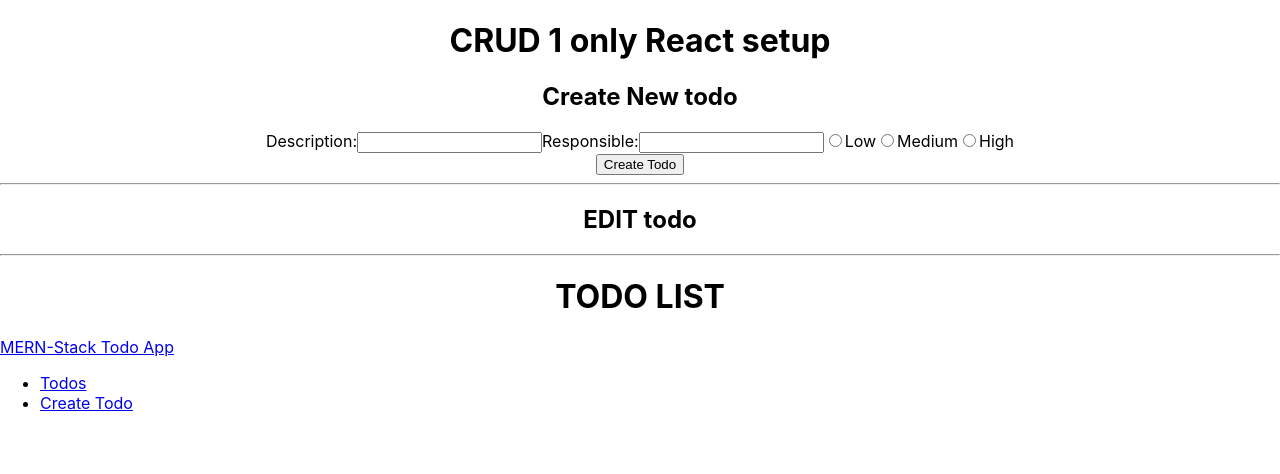
Repository: tweneboah/mern-complete-guide
Page: / (app in v5-mern-crud/client/)
An editor plug-in stored every save of this project. The page is shown before and after a run of saves, followed by the edit.
The browser window is 1280 px wide. The pictures show the whole page.
The page's requests for data from a server got no answer. The project was rebuilt for these pictures with package versions that can differ from the ones it lists, and the page was loaded fresh each time. No one was signed in, and anything a server would have sent is missing.

Above is the page before, as saved 2019-09-12 22:01:29.

After the next 2 saves:
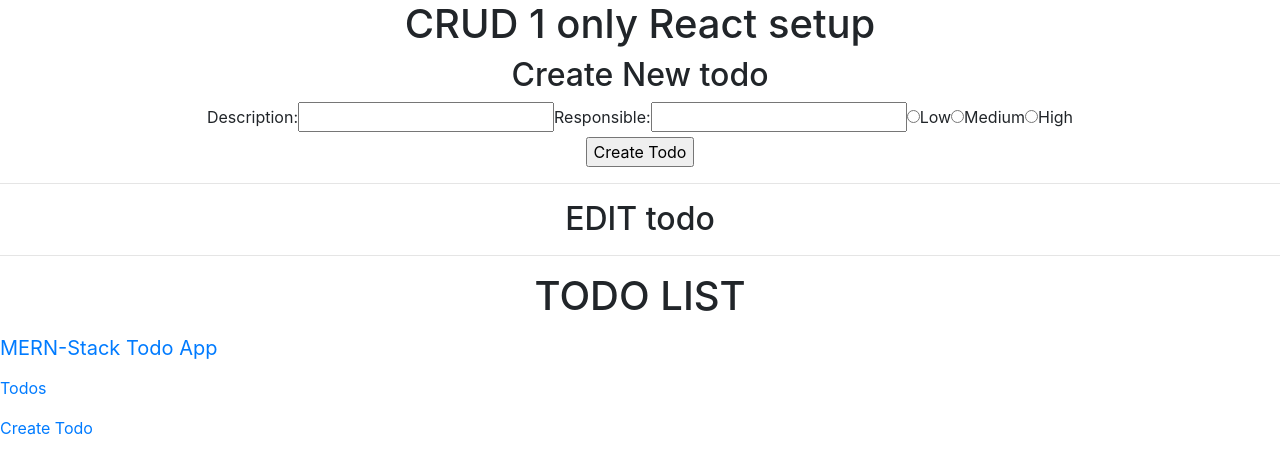
The 2 saves are shown as one change because they came seconds apart.
The last was saved 24 s later.
--- a/v5-mern-crud/client/public/index.html
+++ b/v5-mern-crud/client/public/index.html
@@ -24,6 +24,10 @@
       work correctly both with client-side routing and a non-root public URL.
       Learn how to configure a non-root public URL by running `npm run build`.
     -->
+
+    <!-- Bootstrap CSS -->
+    <link rel="stylesheet" href="https://stackpath.bootstrapcdn.com/bootstrap/4.3.1/css/bootstrap.min.css" integrity="sha384-ggOyR0iXCbMQv3Xipma34MD+dH/1fQ784/j6cY/iJTQUOhcWr7x9JvoRxT2MZw1T" crossorigin="anonymous">
+
     <title>React App</title>
   </head>
   <body>
